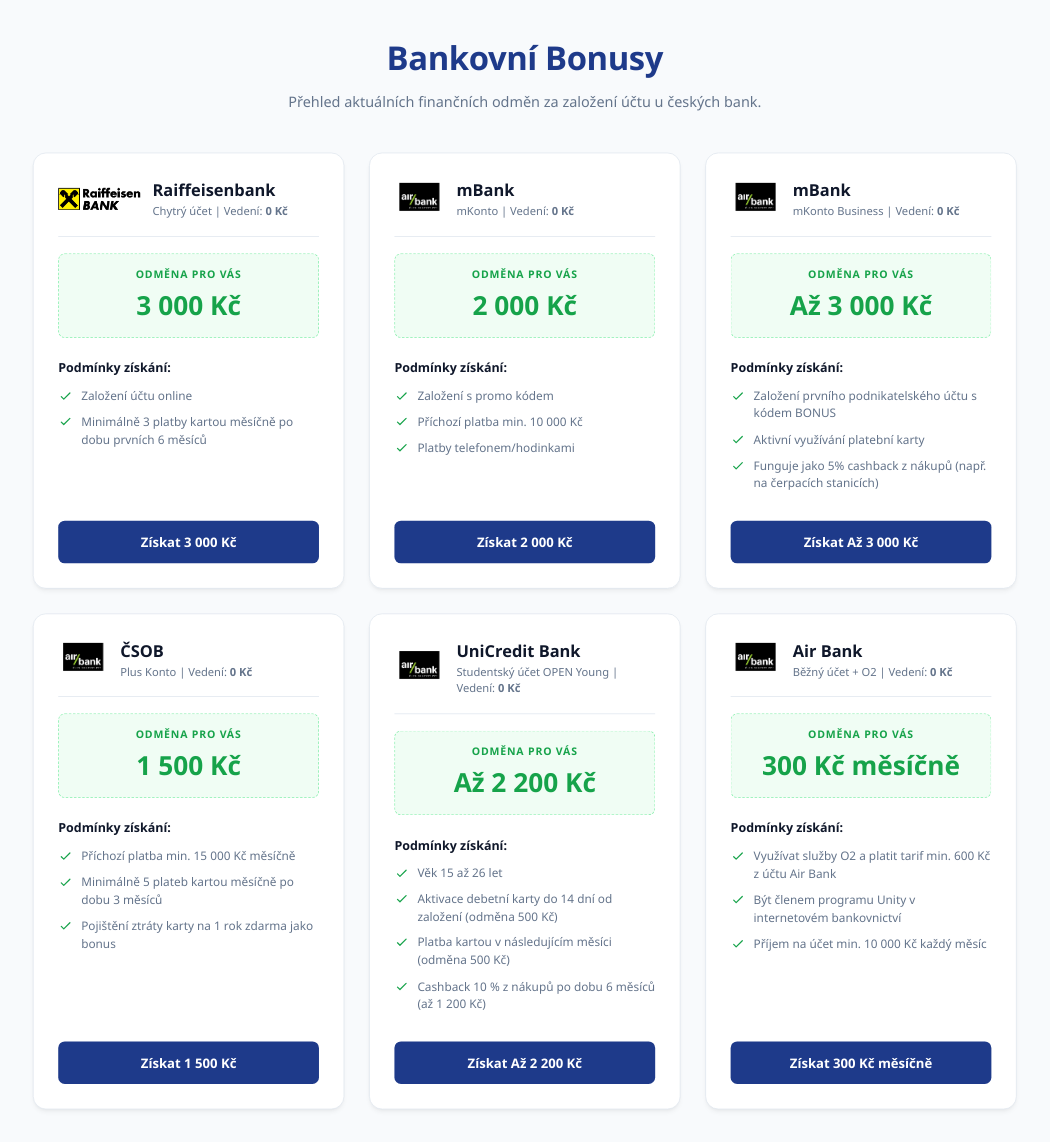
Repository: Martin49232/bankovnibonusy
Page: index.html
These files come from the project's save history. The page is drawn as it stood at one moment and after a run of saves; the edit follows.
The browser window is 1280 px wide. The pictures show the whole page, at 82% of full size.

Above is the page before, as saved 2026-03-10 17:22:14.

After the next 2 saves:
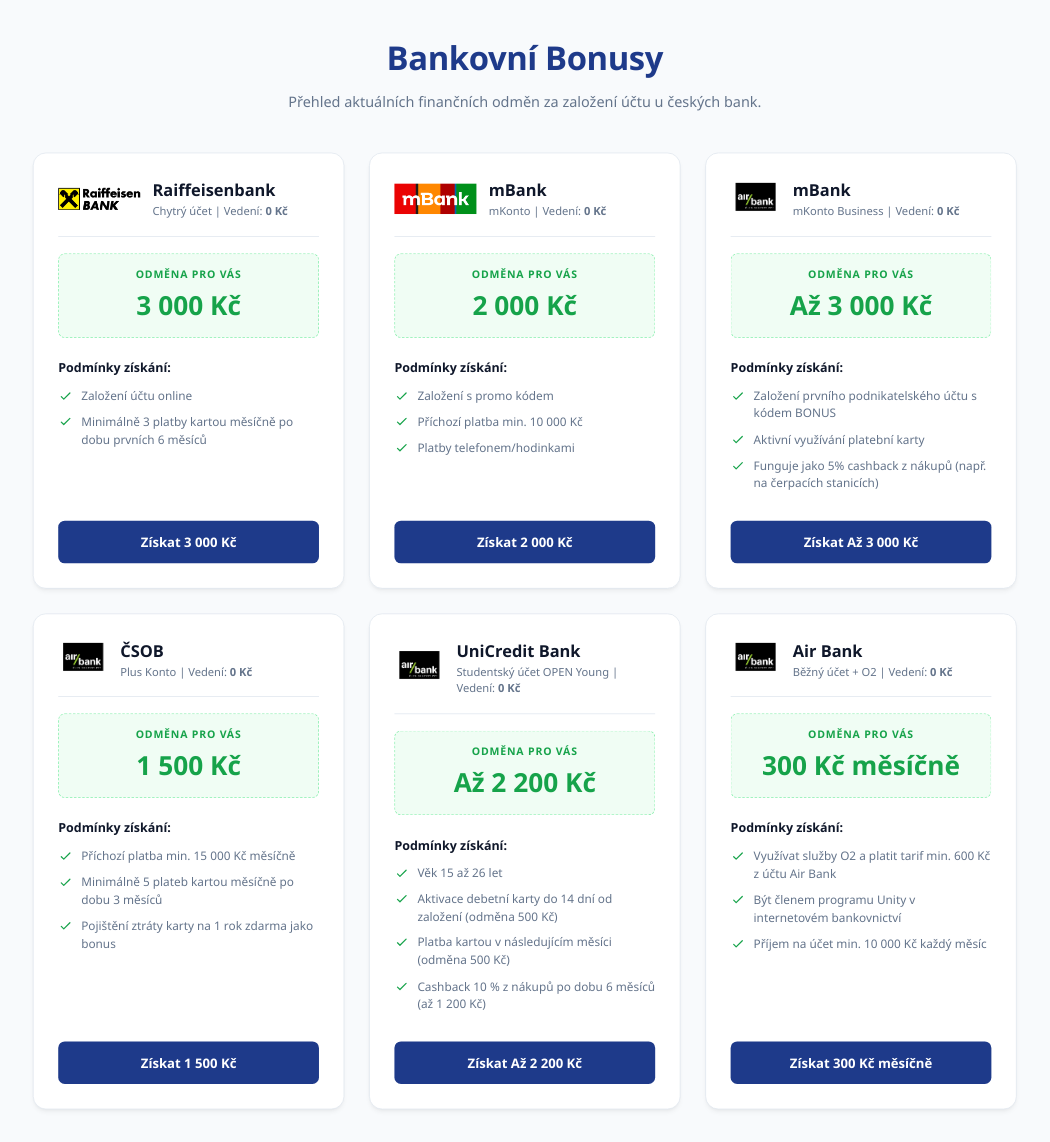
The 2 saves are shown as one change because they came seconds apart.
The last was saved 5 s later.
--- a/data.json
+++ b/data.json
@@ -24,7 +24,7 @@
     ],
     "monthlyFee": "0 Kč",
     "link": "https://www.mbank.cz/promo-odkaz",
-    "logoUrl": "images/airbank.png"
+    "logoUrl": "images/mbank.png"
   },
 {
     "id": "mbank-business",
